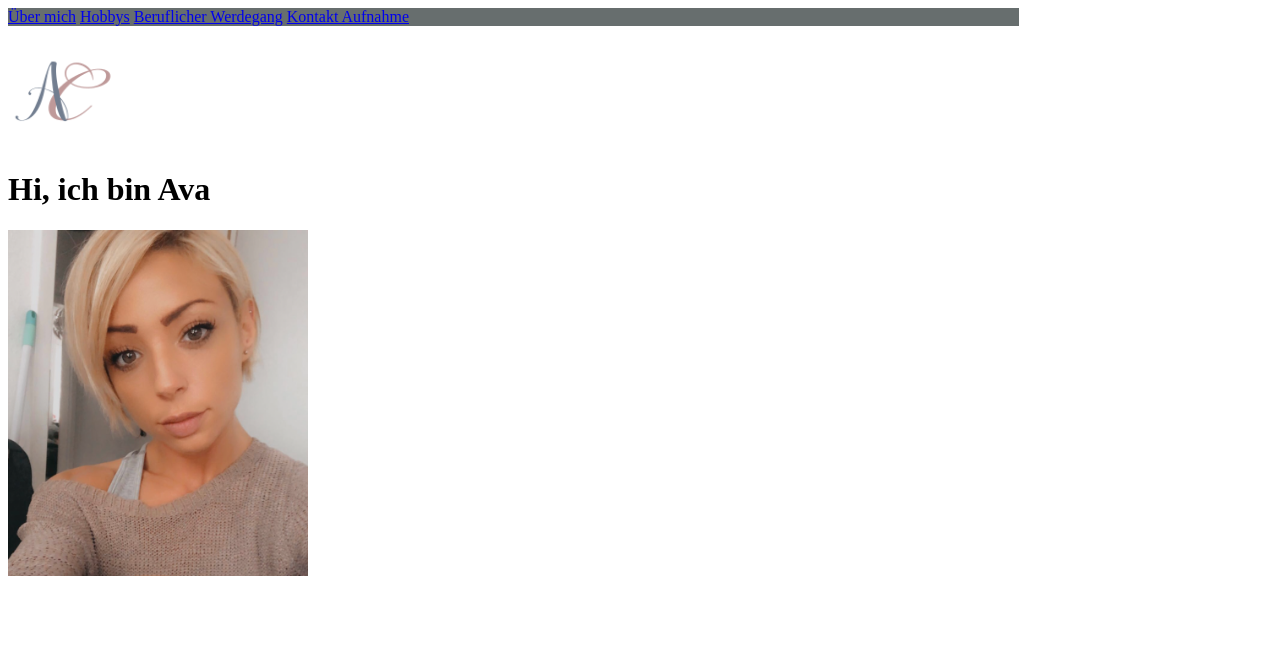
Repository: Ava-VictoriaCrivello/website
Page: index.html
The author's editor kept a copy of each file at every save. The page is drawn from the files as they stood at one save, then again after the next save.
The browser window is 1280 px wide. The pictures show the whole page.
Some web fonts or font styles are not loaded; a fallback is used.

Above is the page before, as saved 2022-05-29 12:14:12.

After the next save:
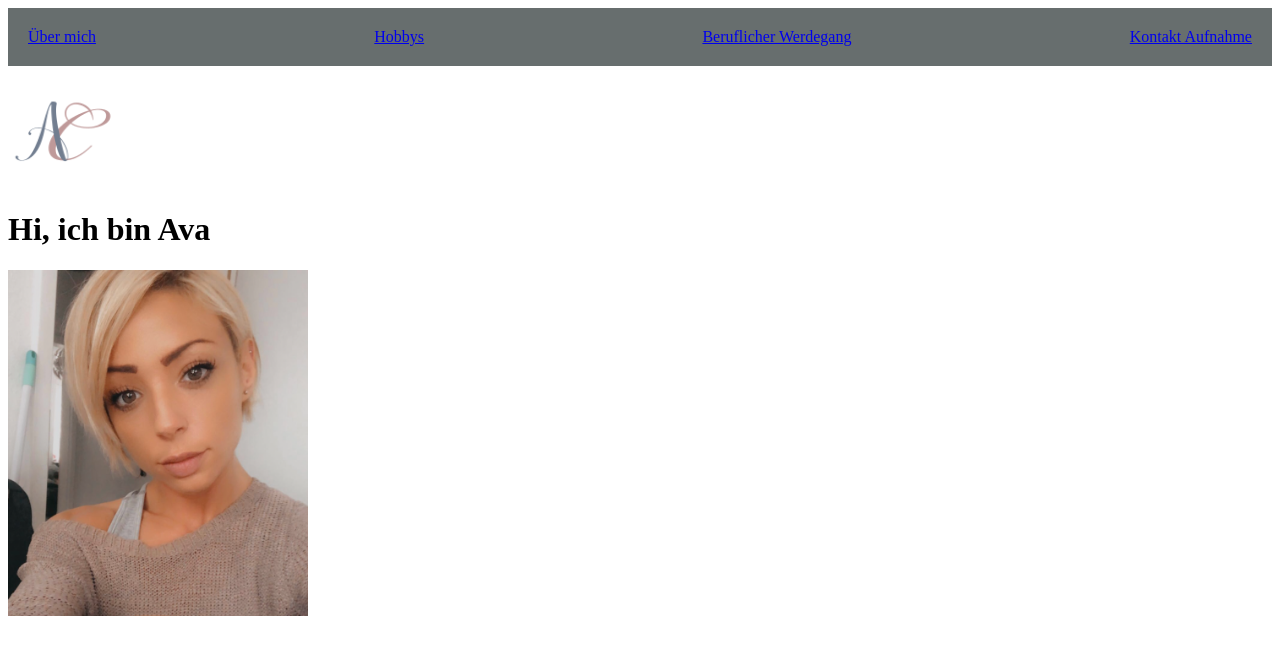
Saved 3 min 34 s later.
--- a/style.css
+++ b/style.css
@@ -1,9 +1,7 @@
 nav {
   background-color: rgb(103, 110, 110);
   font-family: "Tiro Telugu", serif;
-  display: inline-block;
-  justify-content: baseline;
-  align-items: center;
-  width: 80%;
-  row-gap: 25px;
+  padding: 20px;
+  display: flex;
+  justify-content: space-between;
 }
